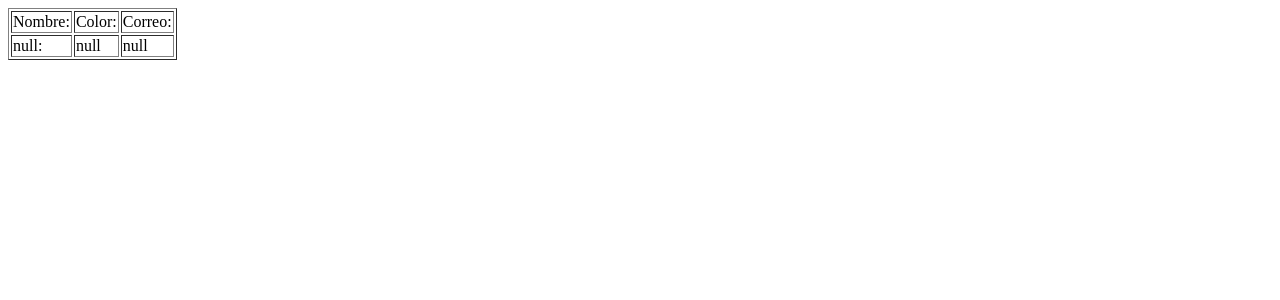
Repository: weertop/2DAW
Page: http://localhost/Formularios/destinoControlText.jsp
The author's editor kept a copy of each file at every save. The page is drawn from the files as they stood at one save, then again after the next save.
The browser window is 1280 px wide. The pictures show the whole page.
The page is served by Tomcat 9.

Above is the page before, as saved 2019-10-01 07:04:11.

After the next save:
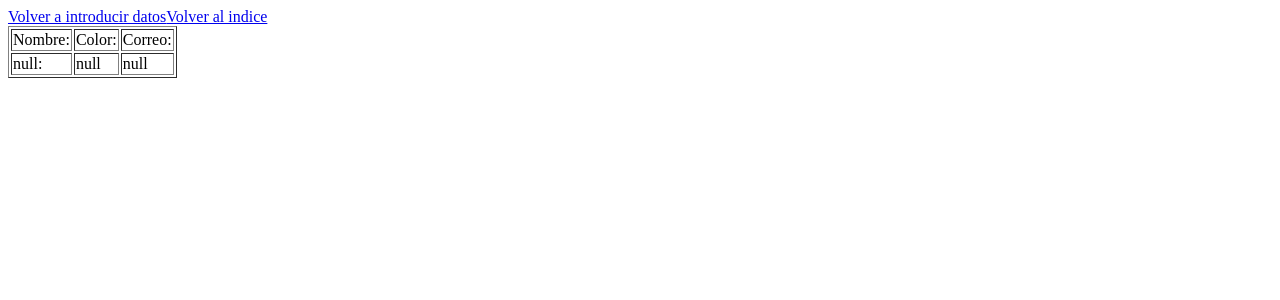
Saved 24 s later.
--- a/DWServidor/eclipse-workspace-photom/Formularios/WebContent/destinoControlText.jsp
+++ b/DWServidor/eclipse-workspace-photom/Formularios/WebContent/destinoControlText.jsp
@@ -23,7 +23,8 @@
 			<td><%=color %></td>
 			<td><%=correo %></td>
 		</tr>
-
+	<a href="destinoControl.jsp">Volver a introducir datos</a>
+	<a href="index.jsp">Volver al indice</a>
 
 	</table>
 </body>
